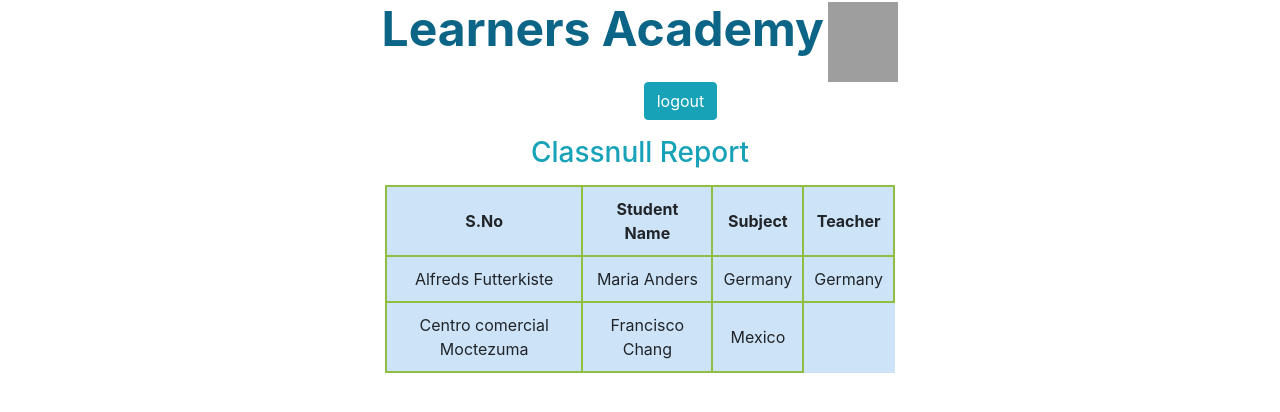
Repository: sindurup/Phase2Project
Page: http://localhost/LearnersAcademyPro/classReport.jsp
These files come from the project's save history. The page is drawn as it stood at one moment and after the next save; the edit follows.
The browser window is 1280 px wide. The pictures show the whole page.
Pictures or frames that could not be fetched are drawn as grey boxes. Some web libraries are served in a nearby version. The page is served by Tomcat 9. Other server files are loaded and not shown.

Above is the page before, as saved 2021-09-29 04:31:48.
Console error: TypeError: Cannot read properties of undefined (reading 'fn')

### LearnersAcademyPro/src/main/webapp/classReport.jsp
<%@ page language="java" contentType="text/html; charset=ISO-8859-1"
    pageEncoding="ISO-8859-1"%>
<!DOCTYPE html>


<html>
<link href="//maxcdn.bootstrapcdn.com/bootstrap/4.1.1/css/bootstrap.min.css" rel="stylesheet" id="bootstrap-css">
<script src="//maxcdn.bootstrapcdn.com/bootstrap/4.1.1/js/bootstrap.min.js"></script>
<script src="//cdnjs.cloudflare.com/ajax/libs/jquery/3.2.1/jquery.min.js"></script>

<head>
<meta charset="ISO-8859-1">
<title>Learners Academy</title>
<style>
      table {

        background-color: #cde3f7;
      }
      td,
      th {
        padding: 10px;
        border: 2px solid #8ebf42;
        text-align: center;
        background-color: #cde3f7;
      }
    </style>
</head>
<body>

<div align="center"><label ><h1 class="text-center text-info"><font color="0C6486" size="50px"><b>Learners Academy</b></font></h1></label>
 <img src="D:\Phase2Project\LearnersAcademyPro\1.png" style="width:70px;height:80px;" align="middle"></div>
   <div class="form-group" align="center" >
   <form id="logout" class="form" action="logout" method="post">

    &nbsp;&nbsp;&nbsp;&nbsp;&nbsp;&nbsp;&nbsp;&nbsp;&nbsp;&nbsp;&nbsp;&nbsp;&nbsp;&nbsp;&nbsp;&nbsp;&nbsp; <input type="submit" name="submit" class="btn btn-info btn-md" value="logout">
    </form>
                            </div>
    <div id="login">
      <h3 class="text-center text-info">Class<%=request.getParameter("cls") %> Report</h3>

        <div class="container">

            <div id="login-row" class="row justify-content-center align-items-center">
                <div id="login-column" class="col-md-6">
                    <div id="login-box" class="col-md-12">



                     <form id="clsReport" class="form" action=""  name="clsReport" >
                            <h3 class="text-info"></h3>
                            <div class="form-group">


                             <table>
  <tr >
    <th>S.No</th>
    <th>Student Name</th>
    <th>Subject</th>
    <th>Teacher</th>
  </tr>
  <tr>
    <td>Alfreds Futterkiste</td>
    <td>Maria Anders</td>
    <td>Germany</td>
     <td>Germany</td>
  </tr>
  <tr>
    <td>Centro comercial Moctezuma</td>
    <td>Francisco Chang</td>
    <td>Mexico</td>
  </tr>
</table>

                            </div>

                            <div class="form-group">


                            </div>

                        </form>



                    </div>
                </div>
            </div>
        </div>
    </div>
</body>
</html>

After the next save:
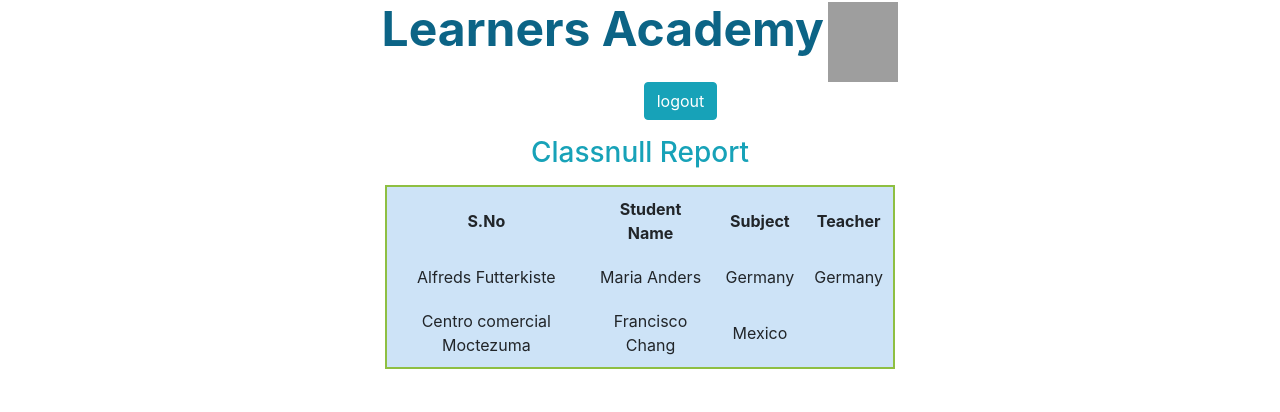
Saved 23 s later.
--- a/LearnersAcademyPro/src/main/webapp/classReport.jsp
+++ b/LearnersAcademyPro/src/main/webapp/classReport.jsp
@@ -13,13 +13,13 @@
 <title>Learners Academy</title>
 <style>
       table {
-
+       border: 2px solid #8ebf42;
         background-color: #cde3f7;
       }
       td,
       th {
         padding: 10px;
-        border: 2px solid #8ebf42;
+
         text-align: center;
         background-color: #cde3f7;
       }
